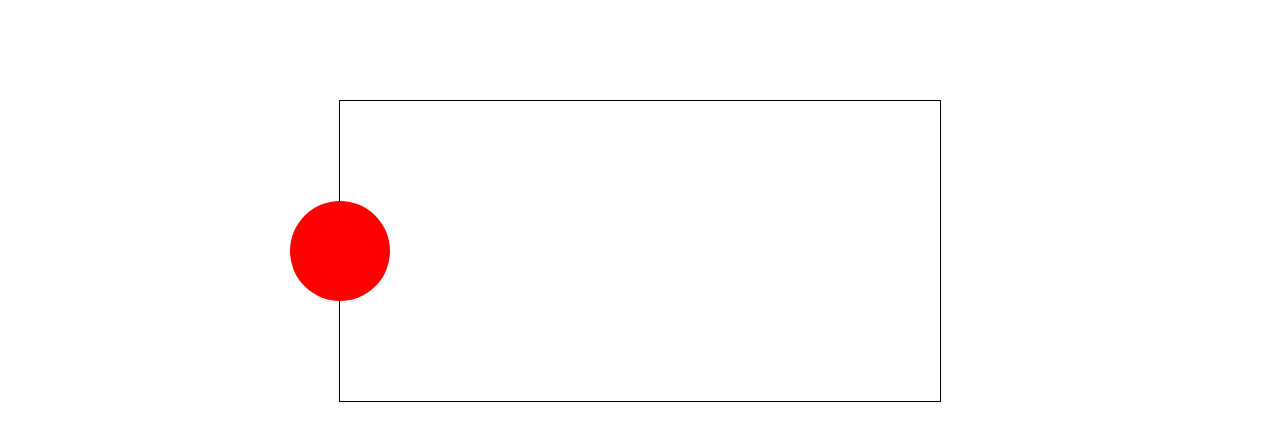
Repository: taoxiaofeng/hello-javascript
Page: demo/demo.html
These files come from the project's save history. The page is drawn as it stood at one moment and after the next save; the edit follows.
The browser window is 1280 px wide. The pictures show the whole page.

Above is the page before, as saved 2024-07-13 12:25:58.

After the next save:
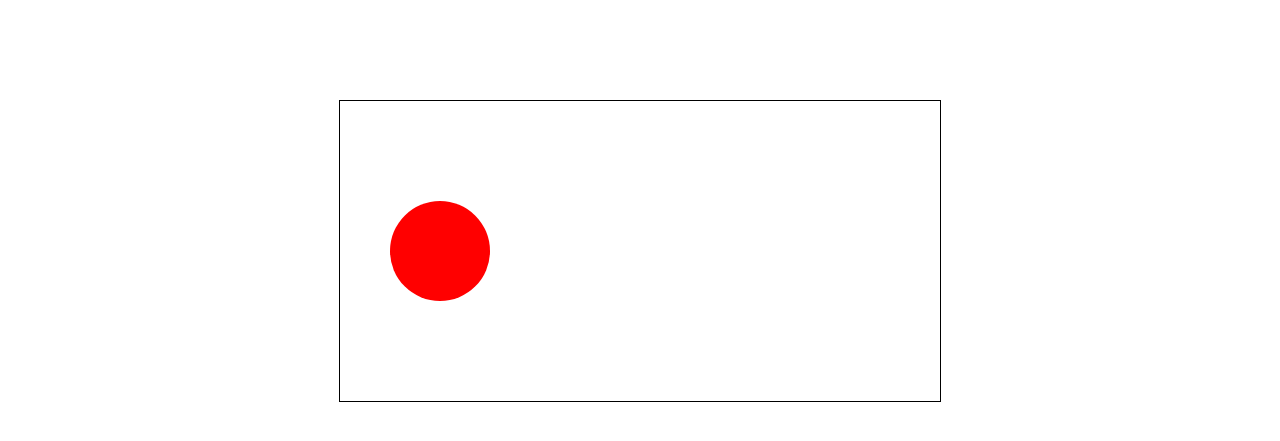
Saved 27 s later.
--- a/demo/demo.html
+++ b/demo/demo.html
@@ -19,7 +19,7 @@
             background-color: red;
             position: absolute;
             top: 50%;
-            left: 0;
+            left: 100px;
             transform: translate(-50%, -50%);
             animation: move 2s linear infinite;
         }
